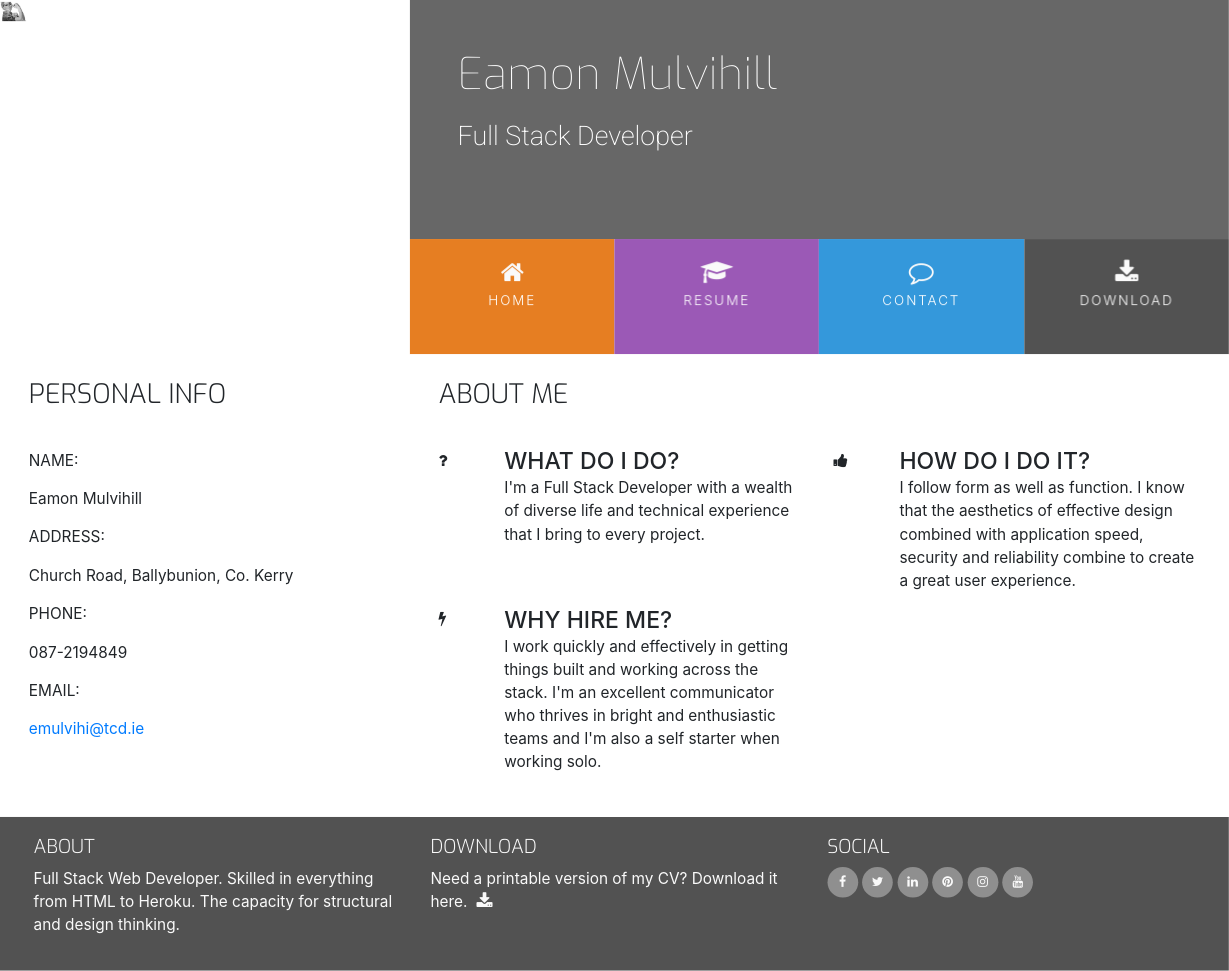
Repository: emulvihi/interactive-cv
Page: index.html
The author's editor kept a record of every edit. The page is drawn from the files as they stood at one moment, then again after the next edit.
The browser window is 1280 px wide. The pictures show the whole page, at 96% of full size.

Above is the page before.

### index.html
<!DOCTYPE html>
<html lang="en">

<head>
    <meta charset="UTF-8">
    <meta name="viewport" content="width=device-width, initial-scale=1.0">
    <meta http-equiv="X-UA-Compatible" content="ie=edge">
    <link rel="stylesheet" href="https://stackpath.bootstrapcdn.com/bootstrap/4.3.1/css/bootstrap.min.css" type="text/css" />
    <link rel="stylesheet" href="https://stackpath.bootstrapcdn.com/font-awesome/4.7.0/css/font-awesome.min.css" type="text/css">
    <link rel="stylesheet" href="https://cdnjs.cloudflare.com/ajax/libs/hover.css/2.3.1/css/hover-min.css" type="text/css" />
    <link rel="stylesheet" href="assets/css/style.css" type="text/css" />
    <title>Eamon</title>
</head>

<body>
    <header>
        <div class="row no-gutters">
            <div class="col-md-4">
                <a href="index.html" class="col-md-4 logo">

                </a>
            </div>
            <div class="col-md-8">
                <div class="row no-gutters bg-color-name-title">
                    <div class="col heading">
                        <h1 class="name">Eamon Mulvihill</h1>
                        <h2 class="title">Full Stack Developer</h2>
                    </div>
                </div>
                <div class="row no-gutters">
                    <div class="col">
                        <ul id="nav" class="list-inline menucontainer">
                            <li class="col-6 col-sm-3 ui-menu-color-home list-inline-item menuitem">
                                <a href="" class="hvr-sweep-to-bottom"><i class="fa fa-home" aria-hidden="true"></i><span>Home</span></a>
                            </li>
                            <li class="col-6 col-sm-3 ui-menu-color-resume list-inline-item menuitem">
                                <a href="" class="hvr-sweep-to-bottom"><i class="fa fa-graduation-cap" aria-hidden="true"></i><span>Resume</span></a>
                            </li>
                            <li class="col-6 col-sm-3 ui-menu-color-contact list-inline-item menuitem">
                                <a href="" class="hvr-sweep-to-bottom"><i class="fa fa-comment-o" aria-hidden="true"></i><span>Contact</span></a>
                            </li>
                            <li class="col-6 col-sm-3 ui-menu-color-download list-inline-item menuitem">
                                <a href="" class="hvr-sweep-to-bottom"><i class="fa fa-download" aria-hidden="true"></i><span>Download</span></a>
                            </li>
                        </ul>
                    </div>
                </div>
            </div>
        </div>
    </header>
    <section class="container-fluid">
        <div class="row">
            <div class="col-md-4 bg-color-personal-info section-column">
                <div class="row">
                    <div class="col-12">
                        <h3 class="section-heading uppercase">
                            Personal Info
                        </h3>
                    </div>
                </div>
                <div class="personal-info-item">
                    <div class="key">
                        <p class="uppercase">
                            Name:
                        </p>
                    </div>
                    <div class="value">
                        <p>
                            Eamon Mulvihill
                        </p>
                    </div>
                </div>
                <div class="personal-info-item">
                    <div class="key">
                        <p class="uppercase">
                            Address:
                        </p>
                    </div>
                    <div class="value">
                        <p>
                            Church Road, Ballybunion, Co. Kerry
                        </p>
                    </div>
                </div>
                <div class="personal-info-item">
                    <div class="key">
                        <p class="uppercase">
                            Phone:
                        </p>
                    </div>
                    <div class="value">
                        <p>
                            087-2194849
                        </p>
                    </div>
                </div>
                <div class="personal-info-item">
                    <div class="key">
                        <p class="uppercase">
                            Email:
                        </p>
                    </div>
                    <div class="value">
                        <p>
                            <a href="mailto:emulvihi@tcd.ie">emulvihi@tcd.ie</a>
                        </p>
                    </div>
                </div>
            </div>
            <div class="col-md-8 bg-color-three-reasons section-column">
                <div class="row">
                    <div class="col">
                        <h3 class="section-heading uppercase">About Me</h3>
                    </div>
                </div>
                <div class="row">
                    <div class="col-10 offset-1 offset-sm-0 col-sm-4 col-md-6">
                        <div class="row">
                            <div class="col-2">
                                <i class="three-reasons-icon fa fa-question" aria-hidden="true"></i>
                            </div>
                            <div class="col-10">
                                <h4 class="three-reasons-heading uppercase">What do I do?</h4>
                                <p>
                                    I'm a Full Stack Developer with a wealth of diverse life and technical experience that I bring to every project.
                                </p>
                            </div>
                        </div>
                    </div>
                    <div class="col-10 offset-1 offset-sm-0 col-sm-4 col-md-6">
                        <div class="row">
                            <div class="col-2">
                                <i class="three-reasons-icon fa fa-thumbs-up" aria-hidden="true"></i>
                            </div>
                            <div class="col-10">
                                <h4 class="three-reasons-heading uppercase">How do I do it?</h4>
                                <p>
                                    I follow form as well as function. I know that the aesthetics of effective design combined with application speed, security and reliability combine to create a great user experience.
                                </p>
                            </div>
                        </div>
                    </div>
                    <div class="col-10 offset-1 offset-sm-0 col-sm-4 col-md-6">
                        <div class="row">
                            <div class="col-2">
                                <i class="three-reasons-icon fa fa-bolt" aria-hidden="true"></i>
                            </div>
                            <div class="col-10">
                                <h4 class="three-reasons-heading uppercase">Why hire me?</h4>
                                <p>
                                    I work quickly and effectively in getting things built and working across the stack. I'm an excellent
                                    communicator who thrives in bright and enthusiastic teams and
                                    I'm also a self starter when working solo.
                                </p>
                            </div>
                        </div>
                    </div>
                </div>
            </div>
        </div>

    </section>
    <footer class="container-fluid">
        <div id="footer-details" class="row">
            <div class="col-sm-4">
                <h5 class="uppercase general-sub">About</h5>
                <p class="inline-block">
                    Full Stack Web Developer. Skilled in everything from HTML to Heroku. The capacity for structural and design thinking.
                </p>
            </div>
            <div class="col-sm-4">
                <h5 class="uppercase general-sub">Download</h5>
                <p class="inline-block">
                    Need a printable version of my CV? Download it here.
                    <a href="#" target="_blank" class="cv-pdf">
                        <i class="fa fa-download" aria-hidden="true"></i>
                        <span class="sr-only">Download link.</span>
                    </a>
                </p>
            </div>
            <div class="col-sm-4">
                <h5 class="uppercase general-sub">Social</h5>
                <ul class="list-inline social-links">
                    <li class="list-inline-item">
                        <a href="#" target="_blank">
                            <i class="fa fa-facebook" aria-hidden="true"></i>
                            <span class="sr-only">Facebook</span>
                        </a>
                    </li>
                    <li class="list-inline-item">
                        <a href="#" target="_blank">
                            <i class="fa fa-twitter" aria-hidden="true"></i>
                            <span class="sr-only">Twitter</span>
                        </a>
                    </li>
                    <li class="list-inline-item">
                        <a href="#" target="_blank">
                            <i class="fa fa-linkedin" aria-hidden="true"></i>
                            <span class="sr-only">LinkedIn</span>
                        </a>
                    </li>
                    <li class="list-inline-item">
                        <a href="#" target="_blank">
                            <i class="fa fa-pinterest" aria-hidden="true"></i>
                            <span class="sr-only">Pinterest</span>
                        </a>
                    </li>
                    <li class="list-inline-item">
                        <a href="#" target="_blank">
                            <i class="fa fa-instagram" aria-hidden="true"></i>
                            <span class="sr-only">Instagram</span>
                        </a>
                    </li>
                    <li class="list-inline-item">
                        <a href="#" target="_blank">
                            <i class="fa fa-youtube" aria-hidden="true"></i>
                            <span class="sr-only">Youtube</span>
                        </a>
                    </li>
                </ul>
            </div>
        </div>
    </footer>
</body>

</html>

### assets/css/style.css
@import url('https://fonts.googleapis.com/css?family=Roboto:100,200,300,400,500,600,700|Exo:100,200,300,400,500,600,700');

/* ---------------------------- Colours */

.bg-color-name-title {
    background-color: #676767;
}

.bg-color-three-reasons {
    background-color: #fff;
}

.ui-menu-color-home {
    background-color: #e67e22;
}

.ui-menu-color-resume {
    background-color: #9b59b6;
}

.ui-menu-color-contact {
    background-color: #3498db;
}

.ui-menu-color-download {
    background-color: #525252;
}

/* ---------------------------- Special paddings/margins/text */

h1,
h2,
h3,
h4 {
    margin: 0;
}

.uppercase {
    text-transform: uppercase;
}

.general-sub {
    font-family: "Exo", sans-serif;
    font-weight: 300;
    color: #fafafa;
}

.inline-block {
    display: inline-block;
}

.row-table {
    display: table;
}

.section-column {
    display: table-cell;
    padding: 0 30px 30px;
    float: none;
}

.section-heading {
    font-family: "Exo", sans-serif;
    font-weight: 300;
    margin-top: 25px;
    margin-bottom: 40px;
}

/* ---------------------------- Heading */

header {
    margin: 0;
}

.heading {
    margin-left: 50px;
}

.logo {
    background: url("../images/rosie.jpg");
    background-position: center;
    background-repeat: no-repeat;
    background-size: cover;
    min-height: 360px;
    transition: all .5s ease-in-out;
    -moz-transition: all .5s ease-in-out;
    -webkit-transition: all .5s ease-in-out;
}

.name {
    font-family: "Exo", sans-serif;
    font-weight: 100;
    font-size: 46px;
    margin-top: 50px;
    color: #fff;
}

.title {
    font-family: "Roboto", sans-serif;
    font-weight: 200;
    font-size: 28px;
    margin-top: 20px;
    margin-bottom: 90px;
    color: #fff;
}

.list-inline-item:not(:last-child) {
    margin: 0;
}

.menucontainer {
    font-size: 0;
}

#nav {
    margin: 0;
}

#nav li {
    font-size: 14px;
    padding: 0;
}

.menuitem {
    height: 120px;
    text-align: center;
    padding: 0;
}

.menuitem a {
    width: 100%;
    text-decoration: none;
    color: #fff;
    height: 120px;
}

.menuitem a i {
    padding-top: 22px;
    display: block;
    color: #fafafa;
    font-size: 26px;
}

.menuitem span {
    display: block;
    width: 100%;
    padding-top: 5px;
    text-align: center;
    text-transform: uppercase;
    font-size: 14px;
    font-weight: 300;
    letter-spacing: 2px;
}

/* ---------------------------- Hover */

.hvr-sweep-to-bottom:before {
    background-color: rgba(0, 0, 0, 0.2);
    height: 120px;
}

/* ---------------------------- Footer */

footer {
    background-color: #525252;
    color: #fafafa;
    min-height: 120px;
}

.cv-pdf i {
    font-size: 18px;
    color: #fafafa;
    text-align: center;
    padding-left: 5px;
    transition: all 0.35s ease-in-out;
    -moz-transition: all 0.35s ease-in-out;
    -webkit-transition: all 0.35s ease-in-out;
    -o-transition: all 0.35s ease-in-out;
}

.cv-pdf i:hover {
    color: #e84610;
}

.social-links {
    padding-bottom: 15px;
}

.social-links li a i {
    width: 32px;
    height: 32px;
    padding: 12px 0;
    border-radius: 50%;
    font-size: 13px;
    line-height: 7px;
    text-align: center;
    color: #fafafa;
    background-color: #8f8f8f;
    transition: all 0.35s ease-in-out;
    -moz-transition: all 0.35s ease-in-out;
    -webkit-transition: all 0.35s ease-in-out;
    -o-transition: all 0.35s ease-in-out;
}

.social-links li a i:hover {
    background-color: #e84610;
}

#footer-details {
    padding: 20px;
}

After the next edit:
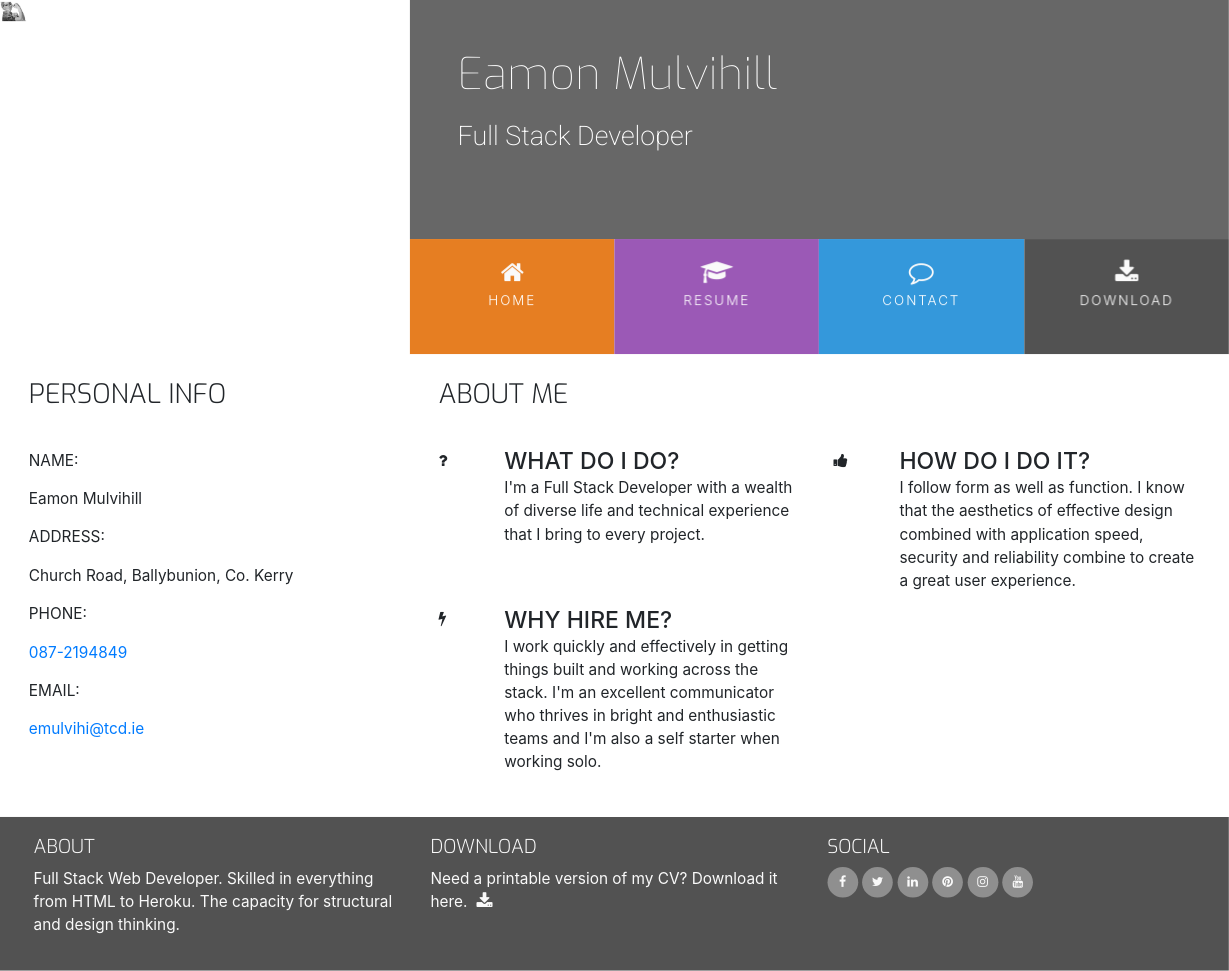
The edit:
--- a/index.html
+++ b/index.html
@@ -90,7 +90,7 @@
                     </div>
                     <div class="value">
                         <p>
-                            087-2194849
+                            <a href="tel:+353872194849">087-2194849</a>
                         </p>
                     </div>
                 </div>
